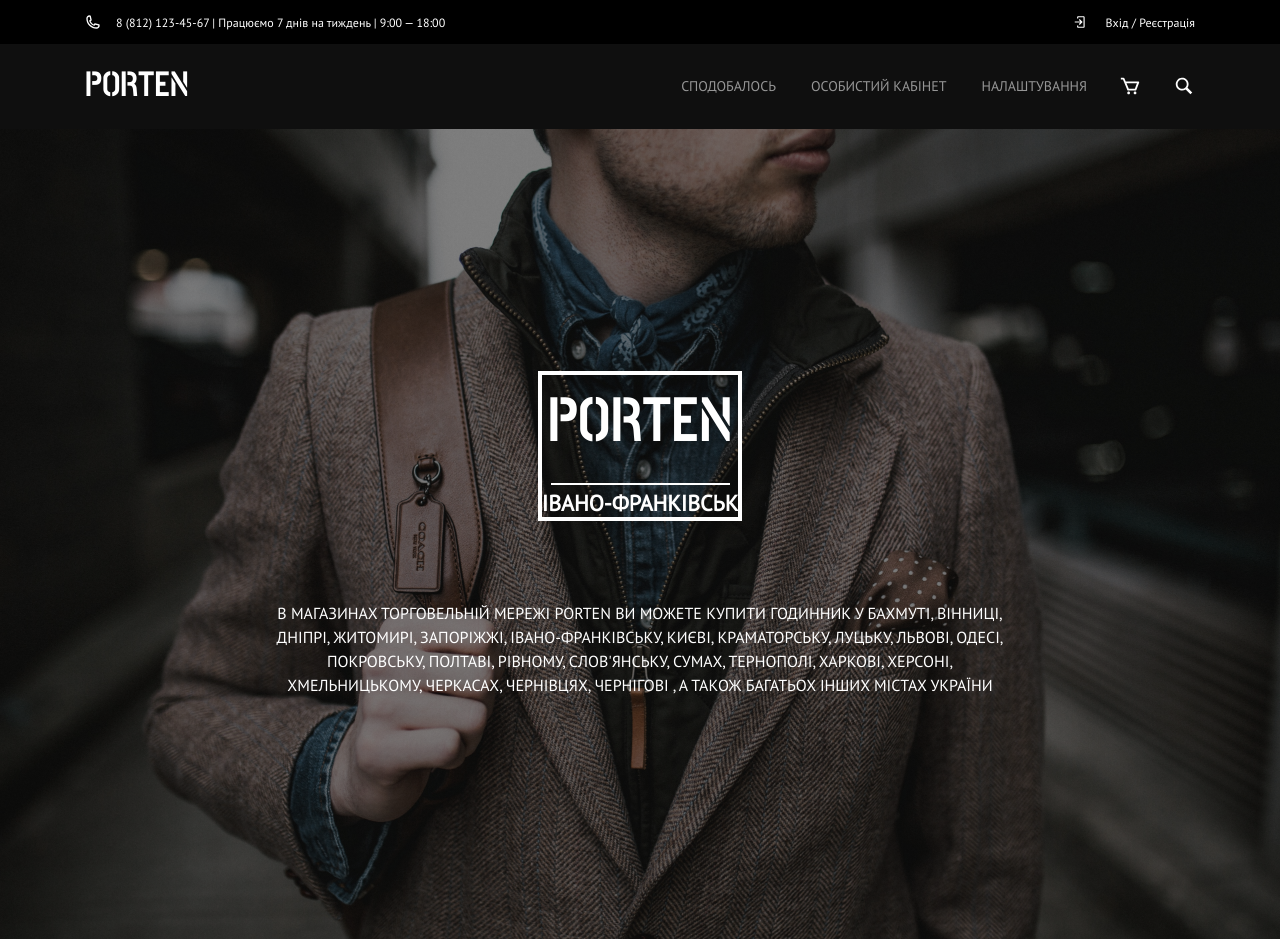
Repository: KYUUBI-K/porten
Page: index.html
An editor plug-in stored every save of this project. The page is shown before and after the next save, followed by the edit.
The browser window is 1280 px wide. The pictures show the whole page.

Above is the page before, as saved 2025-09-09 21:24:06.

After the next save:
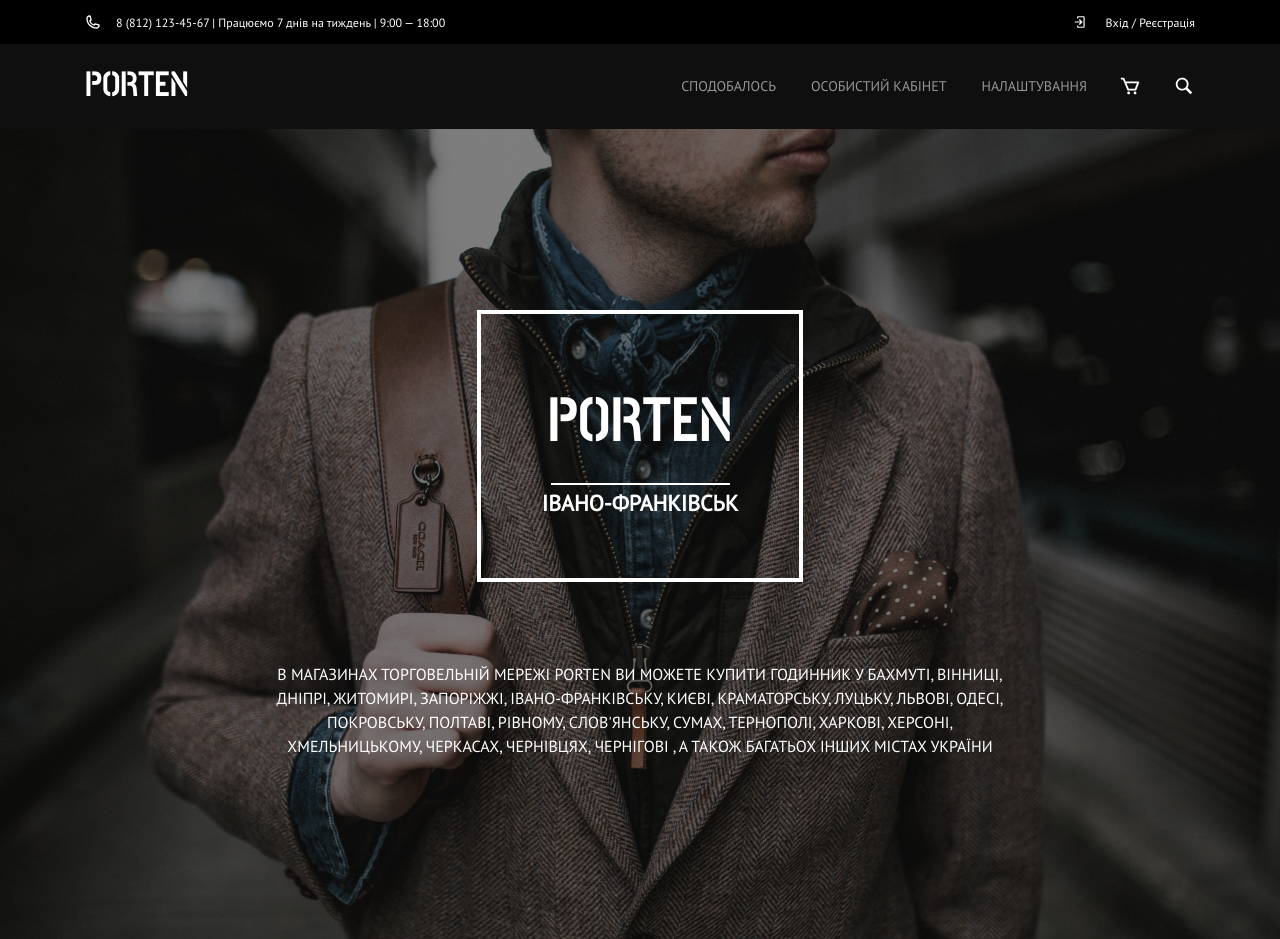
Saved 6 s later.
--- a/styles.css
+++ b/styles.css
@@ -143,7 +143,7 @@
 .banner-logo {
   margin-bottom: 80px;
   border: 4px solid #fff;
-  padding: auto;
+  padding: 61px;
 }
 .banner-title {
   font-family: var(--font-family-logo);
